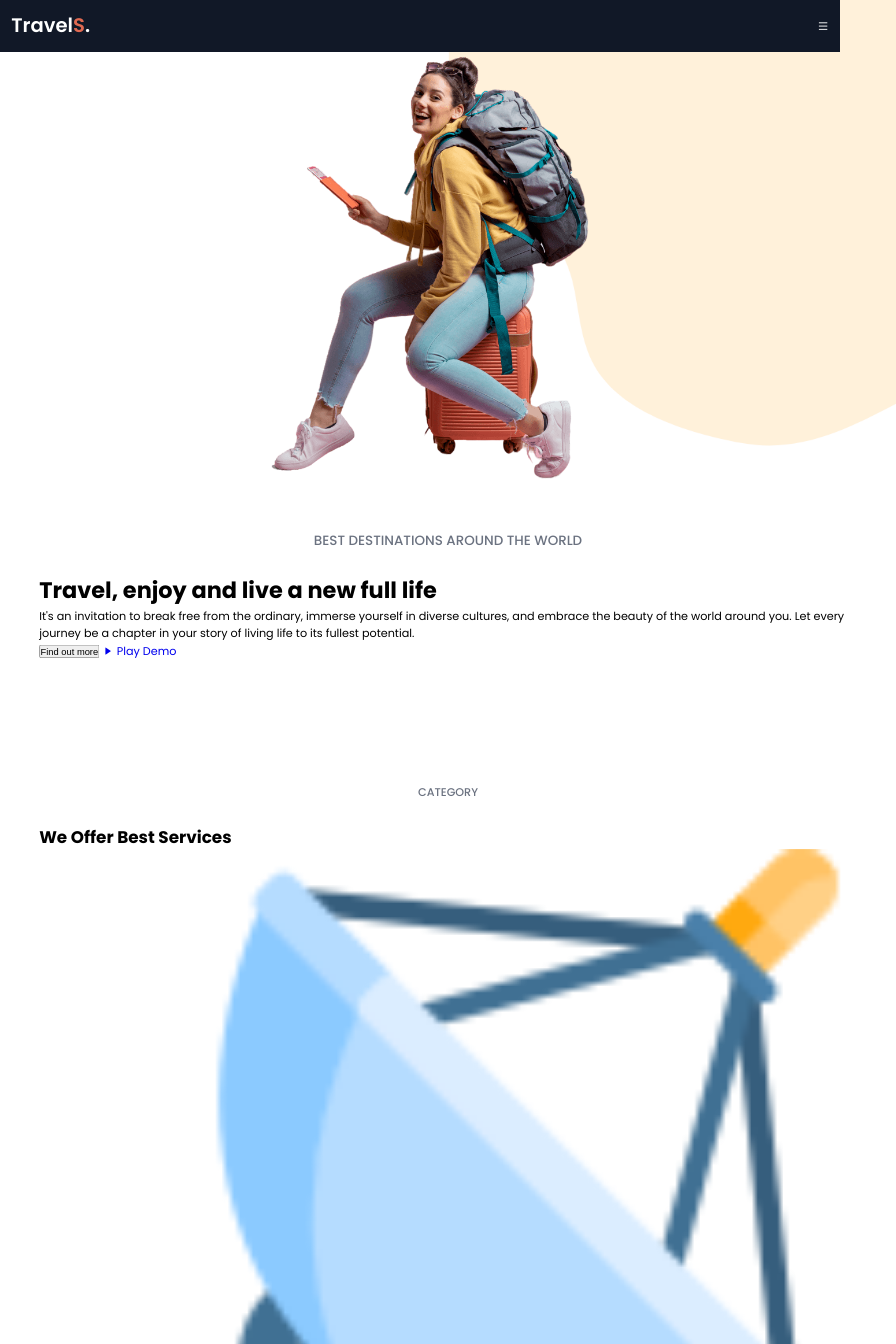
Repository: ntandomagana/travel-website
Page: index.html
These files come from the project's save history. The page is drawn as it stood at one moment and after a run of saves; the edit follows.
The browser window is 1280 px wide. The pictures show the part of the page from y = 0 to 1920 px (the page is 11064 px tall), at 70% of full size.

Above is the page before, as saved 2024-05-07 09:30:29.

### index.html
<!DOCTYPE html>
<html lang="en">
  <head>
    <meta charset="UTF-8" />
    <meta name="viewport" content="width=device-width, initial-scale=1.0" />
    <link
      href="https://cdn.jsdelivr.net/npm/remixicon@4.2.0/fonts/remixicon.css"
      rel="stylesheet"
    />
    <link
      rel="stylesheet"
      href="https://cdn.jsdelivr.net/npm/swiper@11/swiper-bundle.min.css"
    />
    <link rel="stylesheet" href="style.css" />
    <title>Travel Website</title>
  </head>
  <body>
    <nav>
      <div class="nav-header">
        <div class="logo">
          <a href="#" class="logo">Travel<span>S</span>.</a>
        </div>
        <div class="nav-menu-btn" id="menu-btn">
          <i class="ri-menu-line"></i>
        </div>
      </div>

      <ul class="nav-links" id="nav-links">
        <li><a href="#home">Home</a></li>
        <li><a href="#service">Services</a></li>
        <li><a href="#destination">Destinations</a></li>
        <li><a href="#trips">Trips</a></li>
        <li><a href="#client">Clients</a></li>
      </ul>
    </nav>

    <header class="section-container header-container" id="home">
      <div class="header-image">
        <img src="assets/header.png" alt="header" />
      </div>
      <div class="header-content">
        <h3 class="section-subheader">BEST DESTINATIONS AROUND THE WORLD</h3>
        <h1>Travel, enjoy and live a new full life</h1>
        <p>
          It's an invitation to break free from the ordinary, immerse yourself
          in diverse cultures, and embrace the beauty of the world around you.
          Let every journey be a chapter in your story of living life to its
          fullest potential.
        </p>
        <div class="header-btns">
          <button class="btn">Find out more</button>
          <a href="#">
            <span><i class="ri-play-fill"></i></span>
            Play Demo
          </a>
        </div>
      </div>
    </header>

    <section class="section-container service-container" id="service">
      <h3 class="section-subheader">CATEGORY</h3>
      <h2 class="section-header">We Offer Best Services</h2>
      <div class="service-grid">
        <div class="service-card">
          <img src="assets/weather.png" alt="service" />
          <h4>Calculated Weather</h4>
          <p>
            Stay ahead of your travels with precise weather forecasts tailored
            to your destination's conditions.
          </p>
        </div>
        <div class="service-card">
          <img src="assets/customisation.png" alt="service" />
          <h4>Customizations</h4>
          <p>
            Tailor your journey with personalized customizations, ensuring every
            detail reflects your unique travel style.
          </p>
        </div>
      </div>
    </section>

    <section class="section-container destination-container" id="destination">
      <h3 class="section-subheader">TOP SELLING</h3>
      <h2 class="section-header">Top Destinations</h2>
      <div class="destination-grid">
        <div class="destination-card">
          <img src="assets/destination-1.jpg" alt="destination" />
          <div class="destination-details">
            <div>
              <h4>Rome, Italy</h4>
              <h4>$5.42k</h4>
            </div>
            <p>
              <span><i class="ri-navigation-fill"></i></span>
              10 days trip
            </p>
          </div>
        </div>
        <div class="destination-card">
          <img src="assets/destination-3.jpg" alt="destination" />
          <div class="destination-details">
            <div>
              <h4>Full Europe</h4>
              <h4>$15k</h4>
            </div>
            <p>
              <span><i class="ri-navigation-fill"></i></span>
              28 Days Trip
            </p>
          </div>
        </div>
      </div>
    </section>

    <section class="section-container trip-container" id="trip">
      <div class="trip-image">
        <img src="assets/trip.png" />
      </div>
      <div class="trip-content">
        <h3 class="section-subheader">EASY & FAST</h3>
        <h2 class="section-header">Book Your Next Trip in 3 Easy Steps</h2>
        <ul class="trip-list">
          <li>
            <span><i class="ri-signpost-line"></i></span>
            <div>
              <h4>Choose Destination</h4>
              <p>
                Choose your dream destination from our curated selection of
                exotic locales, bustling cities, and serene getaways.
              </p>
            </div>
          </li>

          <li>
            <span><i class="ri-secure-payment-line"></i></span>
            <div>
              <h4>Reach Airport on Selected Date</h4>
              <p>
                Prepare for takeoff as you finalize your travel plans, arriving
                at the airport on your selected date ready to embark on your
                next unforgettable journey.
              </p>
            </div>
          </li>
        </ul>
      </div>
    </section>

    <section class="section-container clinet-container" id="client">
      <div class="client-content">
        <h3 class="section-subheader">TESTIMONIALS</h3>
        <h2 class="section-header">What People Say About Us</h2>
      </div>
      <div class="client-swiper">
        <!--Slider main container-->
        <div class="swiper">
          <!--Additional required wrapper-->
          <div class="swiper-wrapper">
            <!--Slides-->
            <div class="swiper-slide">
              <div class="client-card">
                <img src="assets/client-1.jpg" alt="client" />
                <div class="client-card-content">
                  <p>
                    Booking my trips through this platform has been a
                    game-changer! From the intuitive interface to the seamless
                    booking process, I've never felt more excited to explore new
                    destinations.
                  </p>
                  <h4>Emily Watson</h4>
                  <h5>Travel Enthusiast</h5>
                </div>
              </div>
            </div>
            <div class="swiper-slide">
              <div class="client-card">
                <img src="assets/client-2.jpg" alt="client" />
                <div class="client-card-content">
                  <p>
                    As a busy professional, time is of the essence. This website
                    made planning my vacation a breeze, allowing me to focus on
                    what matters most: making memories with my family.
                  </p>
                  <h4>David Nguyen</h4>
                  <h5>Business Executive</h5>
                </div>
              </div>
            </div>

            <div class="swiper-slide">
              <div class="client-card">
                <img src="assets/client-3.jpg" alt="client" />
                <div class="client-card-content">
                  <p>
                    I've been using this service for years, and it never
                    disappoints. The convenience of booking my flights,
                    accommodations, and activities all in one place saves me
                    time and stress every trip.
                  </p>
                  <h4>Michael Johnson</h4>
                  <h5>Frequent Flyer</h5>
                </div>
              </div>
            </div>
          </div>
        </div>
      </div>
    </section>

    <footer class="footer">
      <div class="section-container footer-container">
        <div class="footer-col">
          <div class="footer-logo">
            <a href="#" class="logo">Travel<span>S</span>.</a>
          </div>
          <p>
            Our platform is your passport to seamless adventures, offering a
            curated selection of destinations and a user-friendly booking
            experience.
          </p>
        </div>
        <div class="footer-col">
            <h4>Company</h4>
            <ul class="footer-links">
                <li><a href="#">About</a></li>
                <li><a href="#">Careers</a></li>
                <li><a href="#">Mobile</a></li>
            </ul>
        </div>
        <div class="footer-col">
          <h4>Contact</h4>
          <ul class="footer-links">
            <li><a href="#">Help/FAQ</a></li>
            <li><a href="#">Press</a></li>
            <li><a href="#">Affiliates</a></li>
          </ul>
        </div>
        <div class="footer-col">
          <ul class="footer-socials">
            <li>
              <a href="#"><i class="ri-facebook-fill"></i></a>
            </li>
            <li>
              <a href="#"><i class="ri-instagram-line"></i></a>
            </li>
            <li>
              <a href="#"><i class="ri-twitter-fill"></i></a>
            </li>
          </ul>
          <h5>Discover our app</h5>
          <div class="footer-discover">
            <a href="#"><img src="assets/google-play.jpg" alt="discover" /></a>
            <a href="#"><img src="assets/app-store.jpg" alt="discover" /></a>
          </div>
        </div>
      </div>
      <div class="footer-bar">
        Copyright © 2024 TravelS. All rights reserved.
      </div>
    </footer>

    <script src="https://unpkg.com/scrollreveal"></script>
    <script src="https://cdn.jsdelivr.net/npm/swiper@11/swiper-bundle.min.js"></script>
    <script src="main.js"></script>

      </div>

    </footer>
  </body>
</html>

### style.css
@import url("https://fonts.googleapis.com/css2?family=Poppins:ital,wght@0,100;0,200;0,300;0,400;0,500;0,600;0,700;0,800;0,900;1,100;1,200;1,300;1,400;1,500;1,600;1,700;1,800;1,900&display=swap");

:root {
  --primary-color: #e06951;
  --text-dark: #111827;
  --text-light: #6b7280;
  --white: #ffffff;
  --max-width: 1200px;
}

* {
  padding: 0;
  margin: 0;
  box-sizing: border-box;
}

html,
body {
    scroll-behavior: smooth;
}

body {
    font-family: "Poppins", sans-serif;
    background-image: url(assets/header-bg.png);
    background-size: contain;
    background-position: top center;
    background-repeat: no-repeat;
}

nav {
    position: fixed;
    isolation: isolate;
    width: 100%;
    max-width: var(--max-width);
    margin-inline: auto;
    z-index: 9;
}

.nav-header {
    padding: 1rem;
    width: 100%;
    display: flex;
    align-items: center;
    justify-content: space-between;
    background-color: var(--text-dark);
}

.nav-header .logo  {
    color: var(--white);
}

.nav-menu-btn {
    font-size: 1rem;
    color: var(--white);
    cursor: pointer;
}

.nav-links {
    position: absolute;
    top: 65px;
    left: 0;
    width: 100%;
    list-style: none;
    display: flex;
    align-items: center;
    justify-content: center;
    flex-direction: column;
    gap: 2rem;
    padding: 2rem;
    background-color: var(--text-dark);
    transition: 0.5s;
    z-index: -1;
    transform: translateY(-100%);
}

.nav-links.open {
    transform: translateY(0);
}

.nav-links a {
    font-weight: 500;
    white-space: nowrap;
    color: var(--white);
}

.nav-links a:hover {
    color: var(--primary-color);
}

.header-container {
    display: grid;
    gap: 2rem;
    overflow: hidden;
}

.header-image img {
    max-width: 550px;
    margin-inline: auto;
}

.header-content .section-subheader {
    font-size: 1.2rem;
}



.section-container {
  max-width: var(--max-width);
  margin: auto;
  padding: 5rem 1rem;
}

.section-subheader {
  margin-bottom: 1rem;
  font-size: 1rem;
  font-weight: 500;
  line-height: 3.75rem;
  color: var(--text-light);
  text-align: center;
}

.logo {
  font-size: 1.75rem;
  font-weight: 600;
  color: var(--text-dark);
}

.logo span {
  color: var(--primary-color);
}

img {
  display: flex;
  width: 100%;
}

a {
    text-decoration: none;
    transition: 0.4s;
}

ul {
    list-style: none;
}

Loaded but not shown: main.js (no copy from this time; the picture is the same without it)

After the next 6 saves:
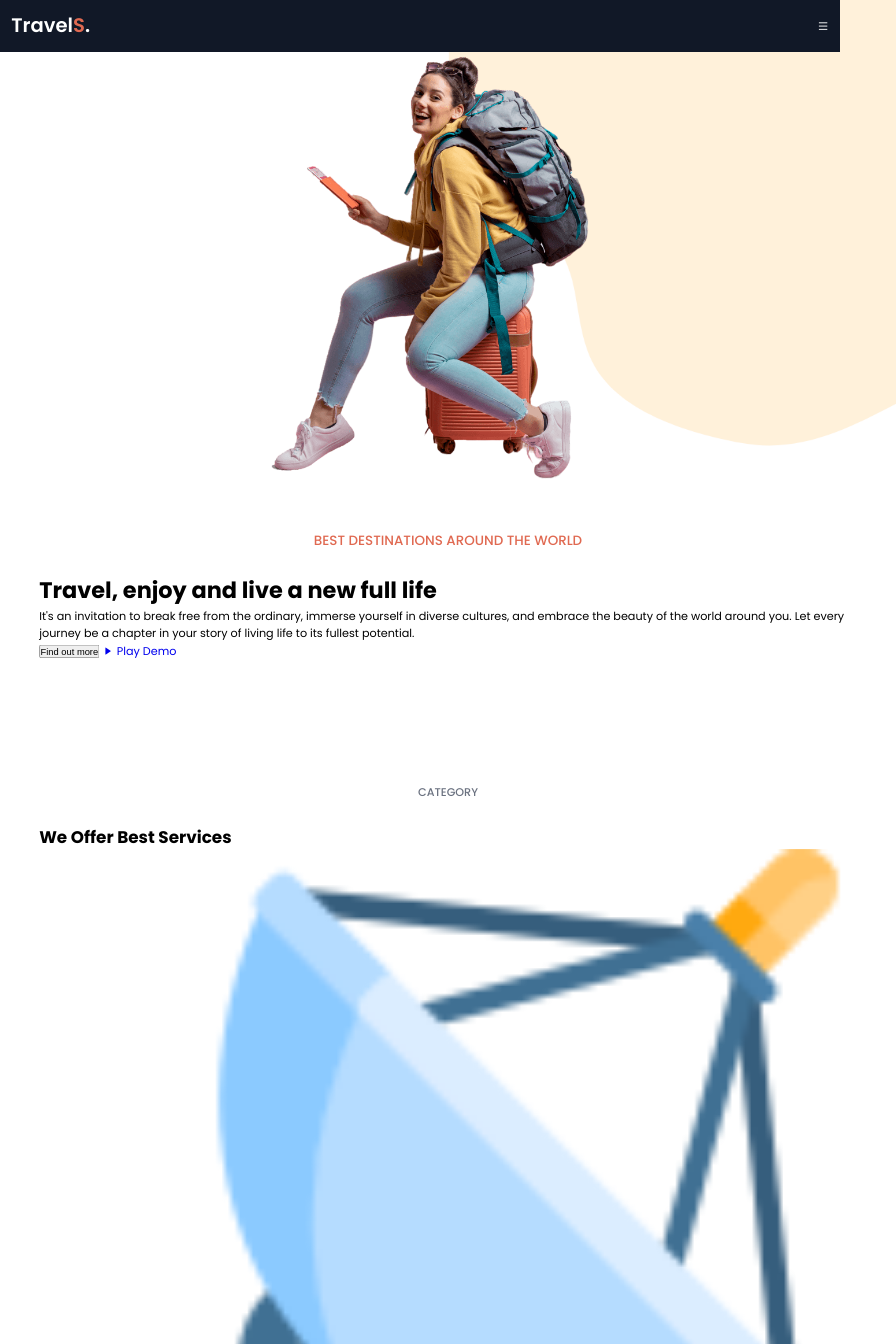
The 6 saves are shown as one change because they came seconds apart.
The last was saved 13 s later.
--- a/style.css
+++ b/style.css
@@ -100,6 +100,7 @@ nav {
 
 .header-content .section-subheader {
     font-size: 1.2rem;
+    color: var(--primary-color);
 }
 
 
